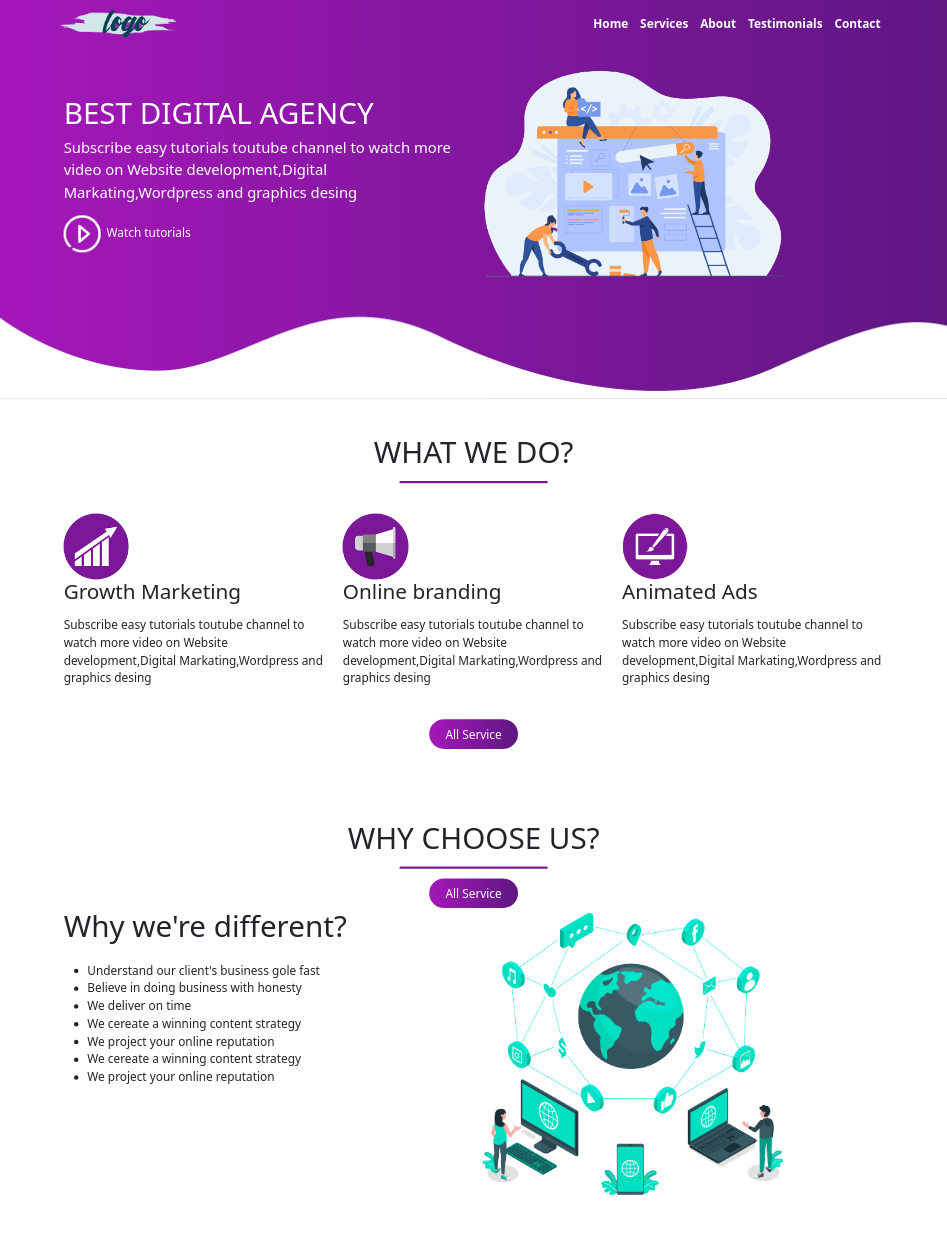
Repository: zjria/PSD-to-HTML-DIGITAL-AGENCY
Page: index.html
These files come from the project's save history. The page is drawn as it stood at one moment and after the next save; the edit follows.
The browser window is 1280 px wide. The pictures show the whole page, at 74% of full size.
Some web libraries are served in a nearby version.

Above is the page before, as saved 2022-05-11 08:45:10.

After the next save:
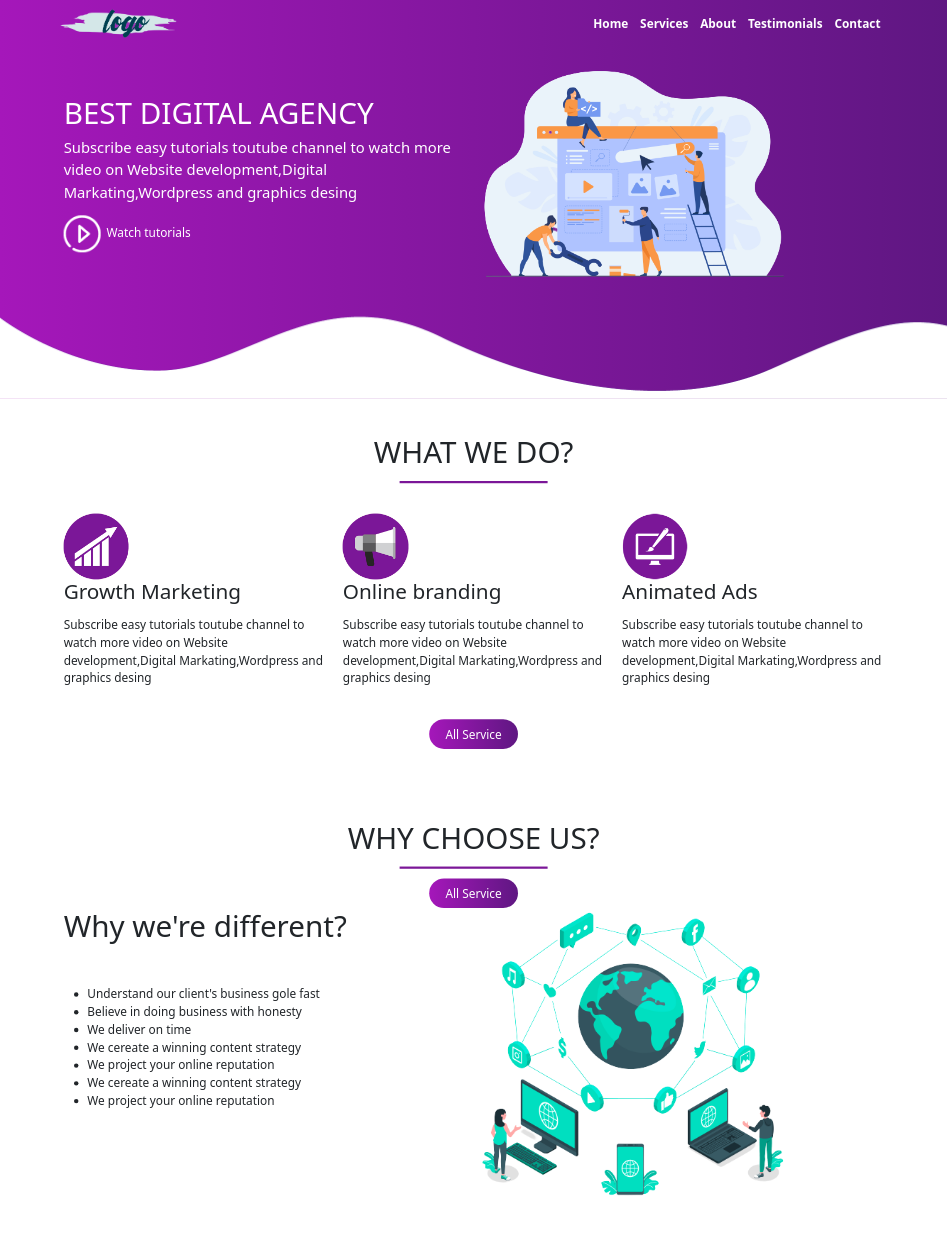
Saved 15 s later.
--- a/index.html
+++ b/index.html
@@ -114,7 +114,7 @@
         <div class="row">
           <div class="col-md-6">
             <h1>Why we're different?</h1>
-            <ul class="py-3">
+            <ul class="py-5">
               <li>Understand our client's business gole fast</li>
               <li>Believe in doing business with honesty</li>
               <li>We deliver on time</li>
